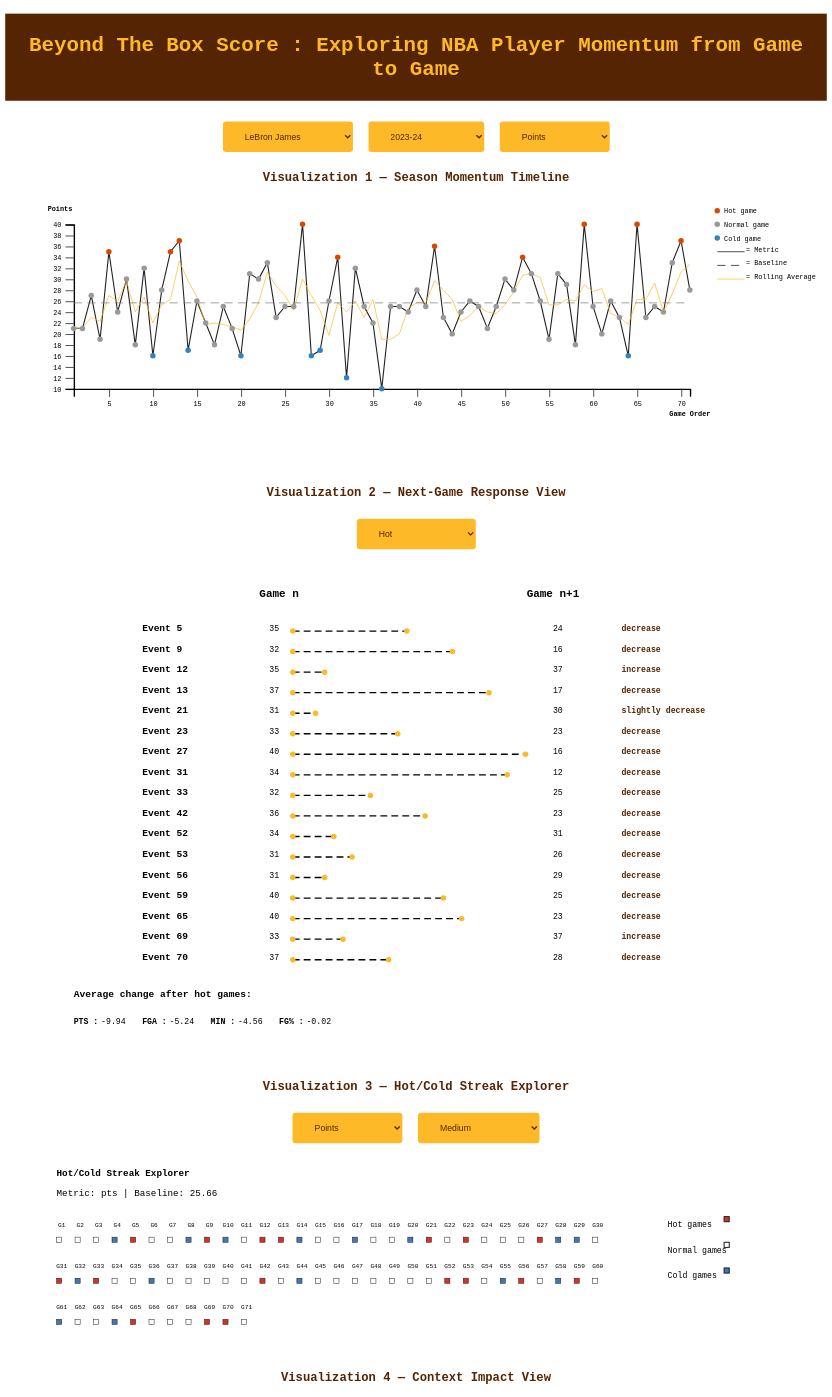
Repository: houdafatih/Data-Viz-Project
Page: index.html
An editor plug-in stored every save of this project. The page is shown before and after the next save, followed by the edit.
The browser window is 1280 px wide. The pictures show the whole page, at 65% of full size.

Above is the page before, as saved 2026-06-21 02:59:33.

After the next save:
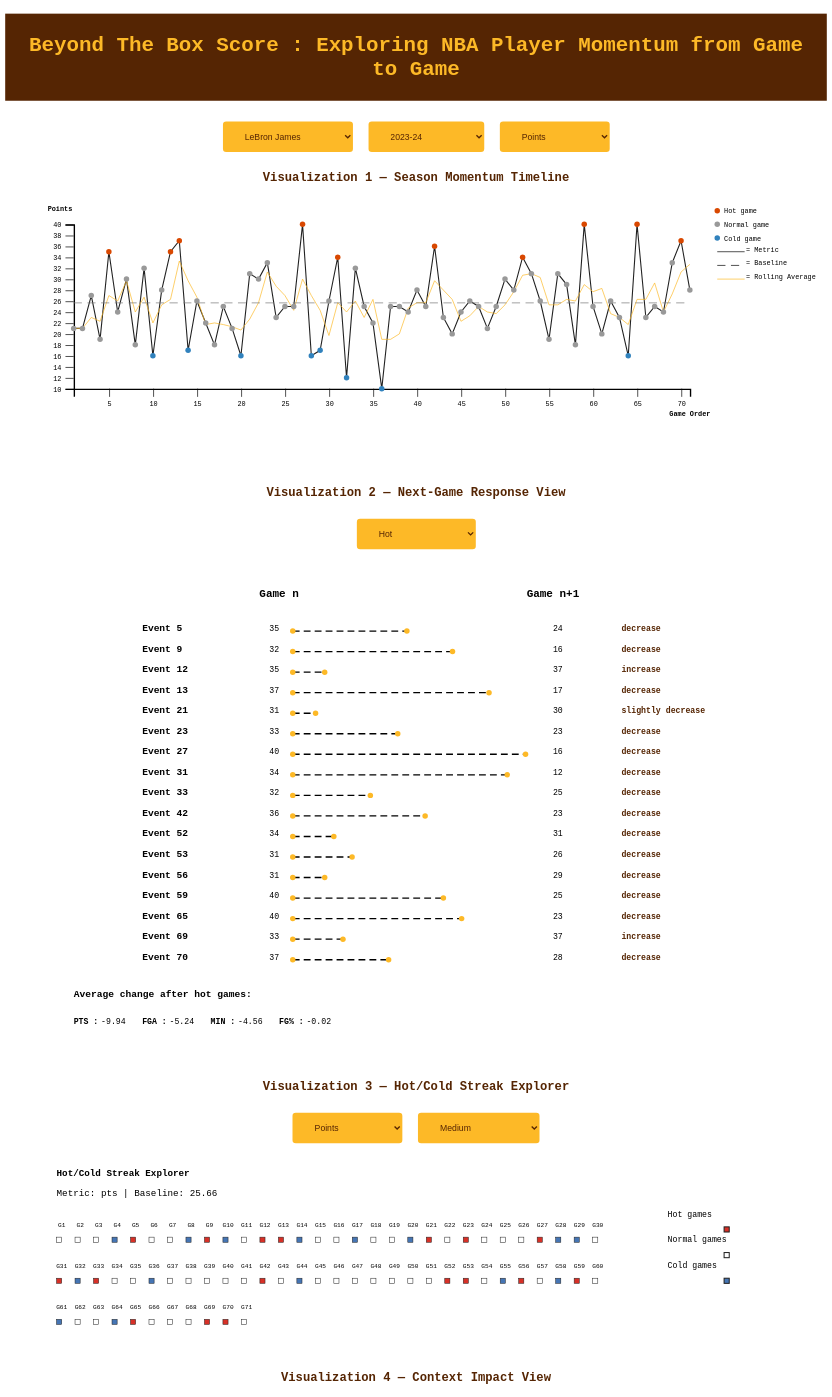
Saved 22 s later.
--- a/scripts/visualization3.js
+++ b/scripts/visualization3.js
@@ -100,9 +100,9 @@
 
 function addLegends(svg,canvas){
     svg.selectAll(".legend-rec").data(colors_labels).enter().append("rect").attr("class",".legend-rec")
-    .attr("x",canvas.width - 100).attr("y",(d,j) => 65 + j * 25)
+    .attr("x",canvas.width - 100).attr("y",(d,j) => 75 + j * 25)
     .attr("width",5).attr("height",5).attr("fill",d => d.color).attr("stroke","#222")
 
     svg.selectAll(".legend-tex").data(colors_labels).enter().append("text").attr("class",".legend-tex")
-    .attr("x",canvas.width - 155).attr("y",(d,j) => 75 + j * 25).attr("font-size","8px").text(d => d.lab)
+    .attr("x",canvas.width - 155).attr("y",(d,j) => 65 + j * 25).attr("font-size","8px").text(d => d.lab)
 }
